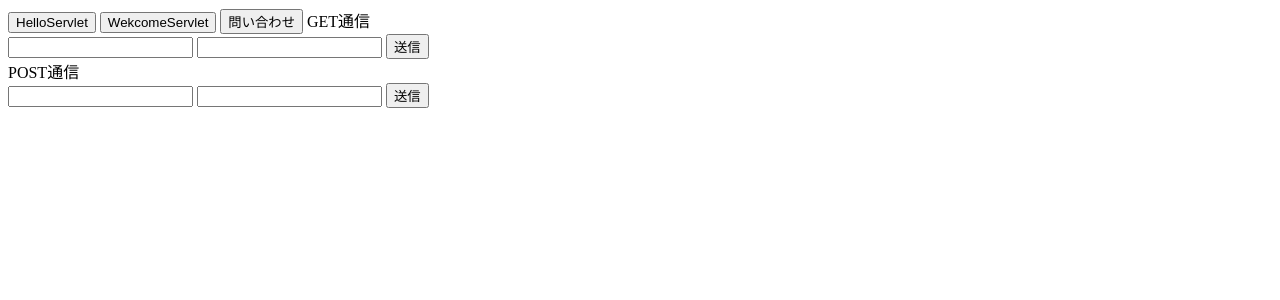
Repository: takanoko/test
Page: http://localhost/HelloServlet/
The author's editor kept a copy of each file at every save. The page is drawn from the files as they stood at one save, then again after the next save.
The browser window is 1280 px wide. The pictures show the whole page.
The page is served by Tomcat 9.

Above is the page before, as saved 2019-04-12 10:51:44.

After the next save:
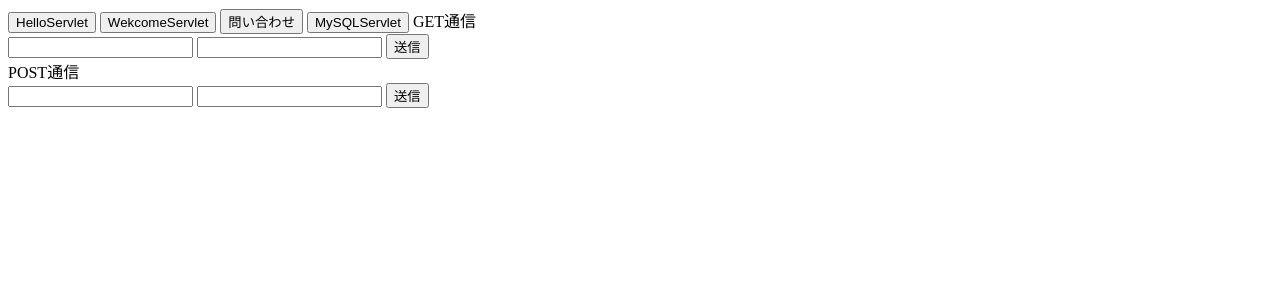
Saved 50 s later.
--- a/HelloServlet/WebContent/index.jsp
+++ b/HelloServlet/WebContent/index.jsp
@@ -11,7 +11,7 @@
 <input type="button" value="HelloServlet" onClick="location.href='HelloServlet'">
 <input type="button" value="WekcomeServlet" onClick="location.href='welcome.jsp'">
 <input type="button" value="問い合わせ" onClick="location.href='inquiry.jsp'">
-<imput type="button" value="MySQLServlet" onClick="location.href='MySQLServlet'">
+<input type="button" value="MySQLServlet" onClick="location.href='MySQLServlet'">
 GET通信
 <form method="get" action="TestServlet">
 <input type="text" name="username">
